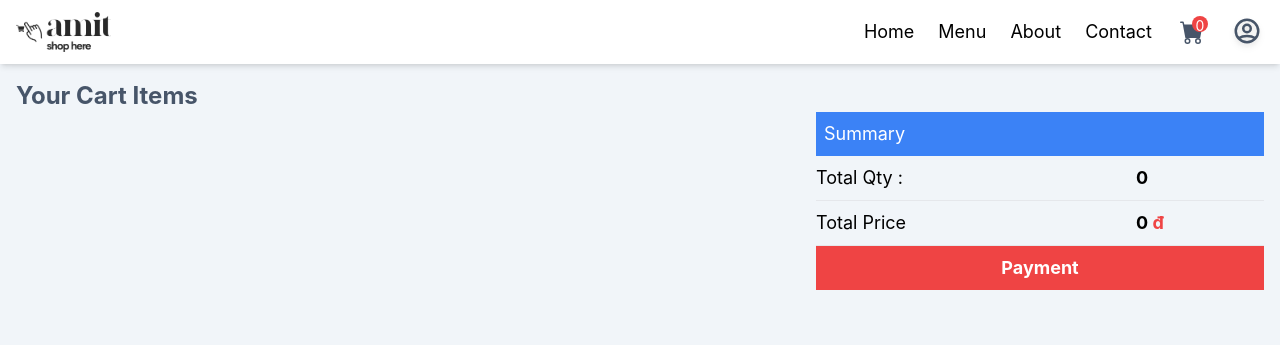
Repository: Lehuyhuynh/Web_ban_hoa_qua
Page: /cart (app in frontend/)
The author's editor kept a copy of each file at every save. The page is drawn from the files as they stood at one save, then again after the next save.
The browser window is 1280 px wide. The pictures show the whole page.
The page's requests for data from a server got no answer. The project was rebuilt for these pictures with package versions that can differ from the ones it lists, and the page was loaded fresh each time. No one was signed in, and anything a server would have sent is missing. Also part of the build but not shown: frontend/src/component/CardFeature.js, frontend/src/component/HomeCard.js, frontend/src/component/FilterProduct.js, frontend/src/component/AllProduct.js, frontend/src/page/Home.js, frontend/src/page/Menu.js, frontend/src/page/About.js, frontend/src/page/Contact.js and 5 more.

Above is the page before, as saved 2024-01-07 16:41:46.

After the next save:
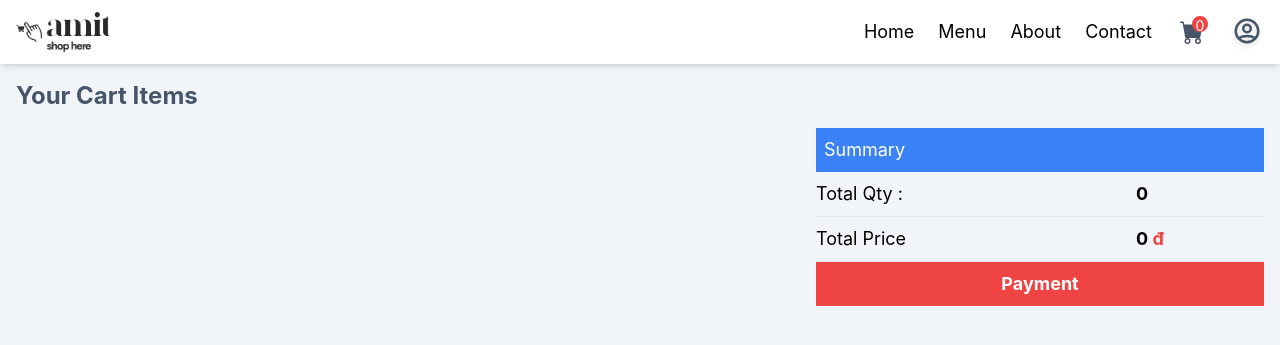
Saved 17 min 12 s later.
--- a/frontend/src/page/Cart.js
+++ b/frontend/src/page/Cart.js
@@ -54,7 +54,7 @@ const Cart = () => {
           Your Cart Items
         </h2>
 
-        <div className="">
+        <div className="my-4 flex gap-3">
           {/* display cart items */}
 
           <div className="w-full max-w-3xl ">
